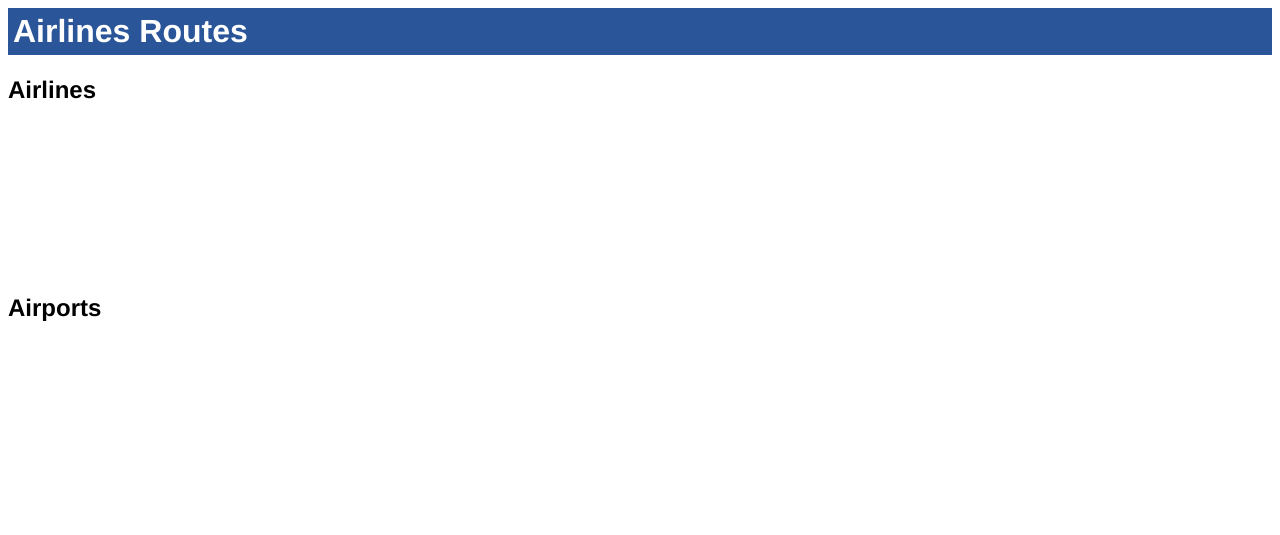
Repository: ducdatit2002/Data-Visualization-Coursera
Page: Project/index.html
The author's editor kept a copy of each file at every save. The page is drawn from the files as they stood at one save, then again after the next save.
The browser window is 1280 px wide. The pictures show the whole page.

Above is the page before, as saved 2023-10-04 12:45:14.

### Project/index.html

<html>

<head>
    <style>
        body {
            font-family: Helvetica, Arial, sans-serif
        }

        h1 {
            background-color: #2a5599;
            color: white;
            padding: 5px;
            /* TODO 1
            change the text to white and add a padding of 5px
            2 lines of code
            */
        }

        /* TODO 2
        Add code to show a black border of 1px around all SVGs elements in the page
        1-3 lines of code
        */

        /* TODO 3
         - Use the "display flex" feature from to show the items from class `mainView` side by side
         1-3 lines of cide
        */
    </style>
</head>

<body>
    <h1>Airlines Routes</h1>
    <div class="mainView">
        <div>
            <h2>Airlines</h2>
            <svg id="AirlinesChart"></svg>
        </div>
        <div>
            <h2>Airports</h2>
            <svg id="Map"></svg>
        </div>
    </div>
</body>

</html>

After the next save:
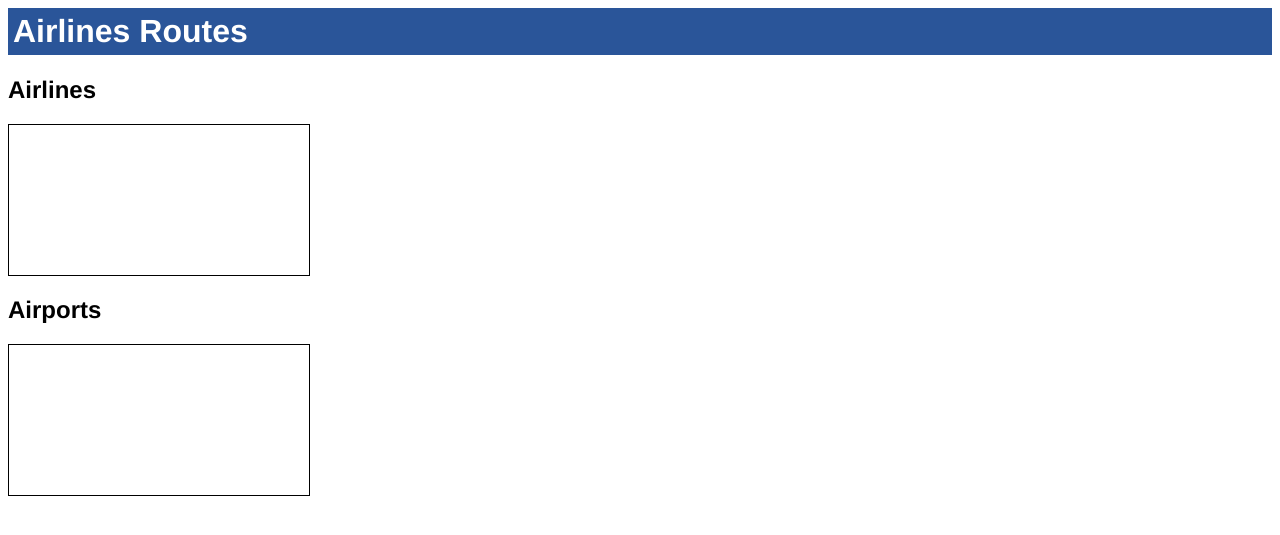
Saved 12 s later.
--- a/Project/index.html
+++ b/Project/index.html
@@ -16,7 +16,9 @@
             2 lines of code
             */
         }
-
+        svg {
+            border: 1px solid black;
+        }
         /* TODO 2
         Add code to show a black border of 1px around all SVGs elements in the page
         1-3 lines of code
